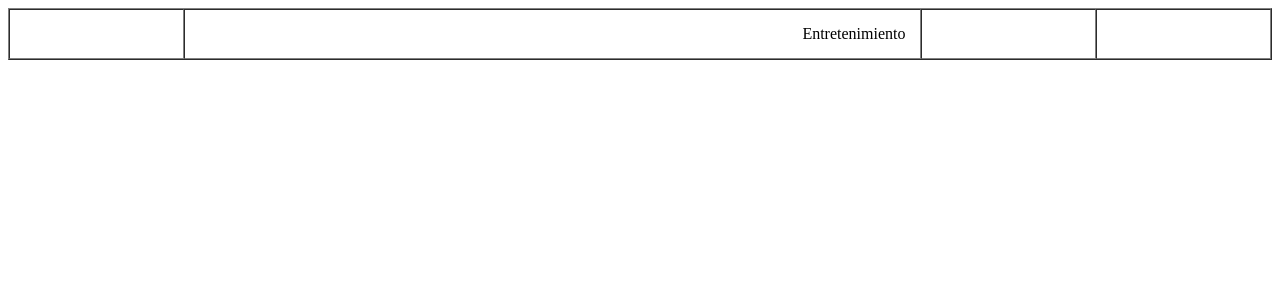
Repository: darlyn-saravia27/portafolio-darlynsaravia
Page: archivoshtml/tareas de html/index.html
These files come from the project's save history. The page is drawn as it stood at one moment and after the next save; the edit follows.
The browser window is 1280 px wide. The pictures show the whole page.

Above is the page before, as saved 2023-03-04 00:24:09.

After the next save:
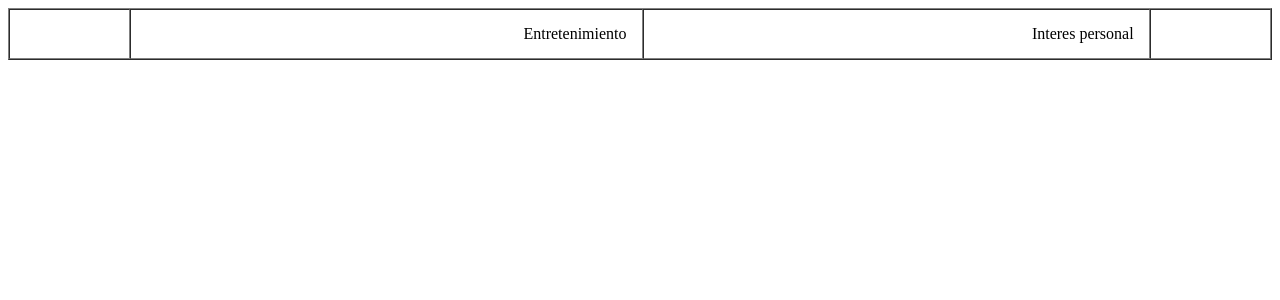
Saved 24 s later.
--- a/archivoshtml/tareas de html/index.html
+++ b/archivoshtml/tareas de html/index.html
@@ -11,8 +11,8 @@
     <tr align="center">
         <td></td>
         <td align="right">Entretenimiento</td>
+        <td align="right">Interes personal</td>
         <td align="right"></td>
-        <td></td>
 
 </body>
 </html>
